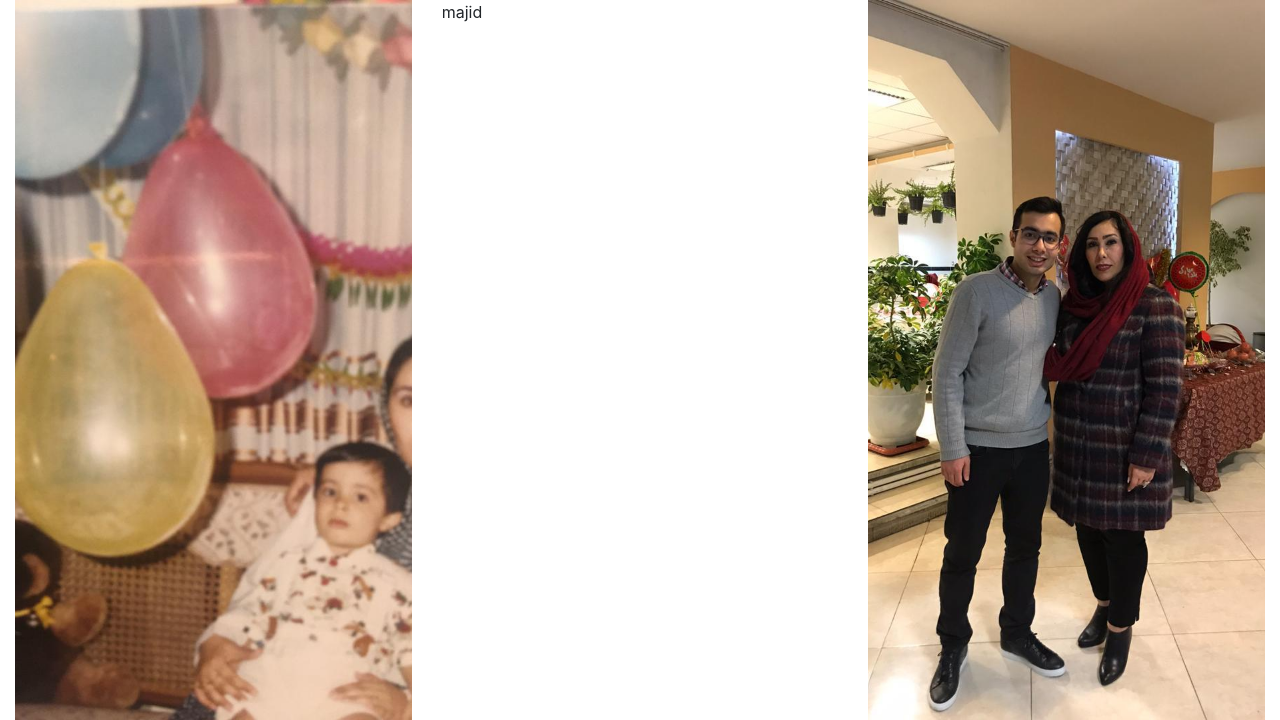
Repository: mirfarzam/mirfarzam.github.io
Page: khalelila/index.html
These files come from the project's save history. The page is drawn as it stood at one moment and after the next save; the edit follows.
The browser window is 1280 px wide. The pictures show the whole page.

Above is the page before, as saved 2020-04-30 21:12:17.

After the next save:
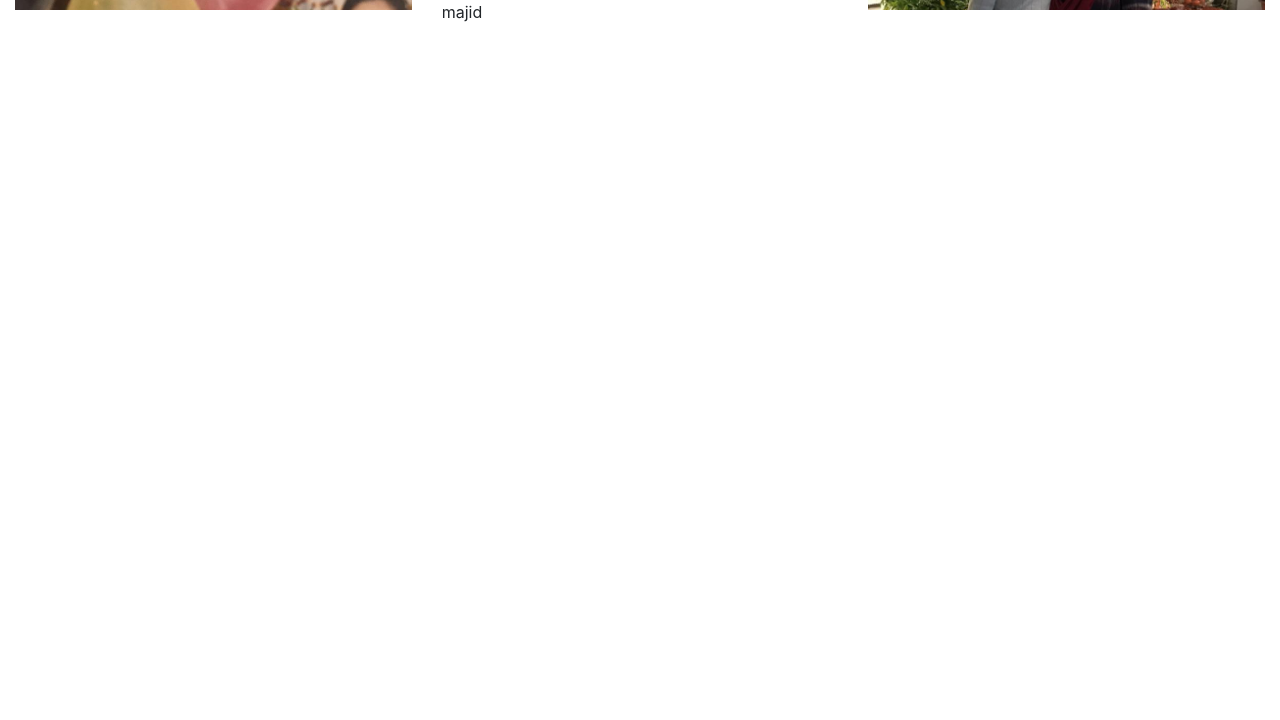
Saved 2 s later.
--- a/khalelila/index.html
+++ b/khalelila/index.html
@@ -23,7 +23,7 @@
 }
 .maincontrainer .row .col-sm-4 img{
     width:100%;
-    height:inherit;
+    height:10;
     position:relative;
     top:0;
     left:0;
